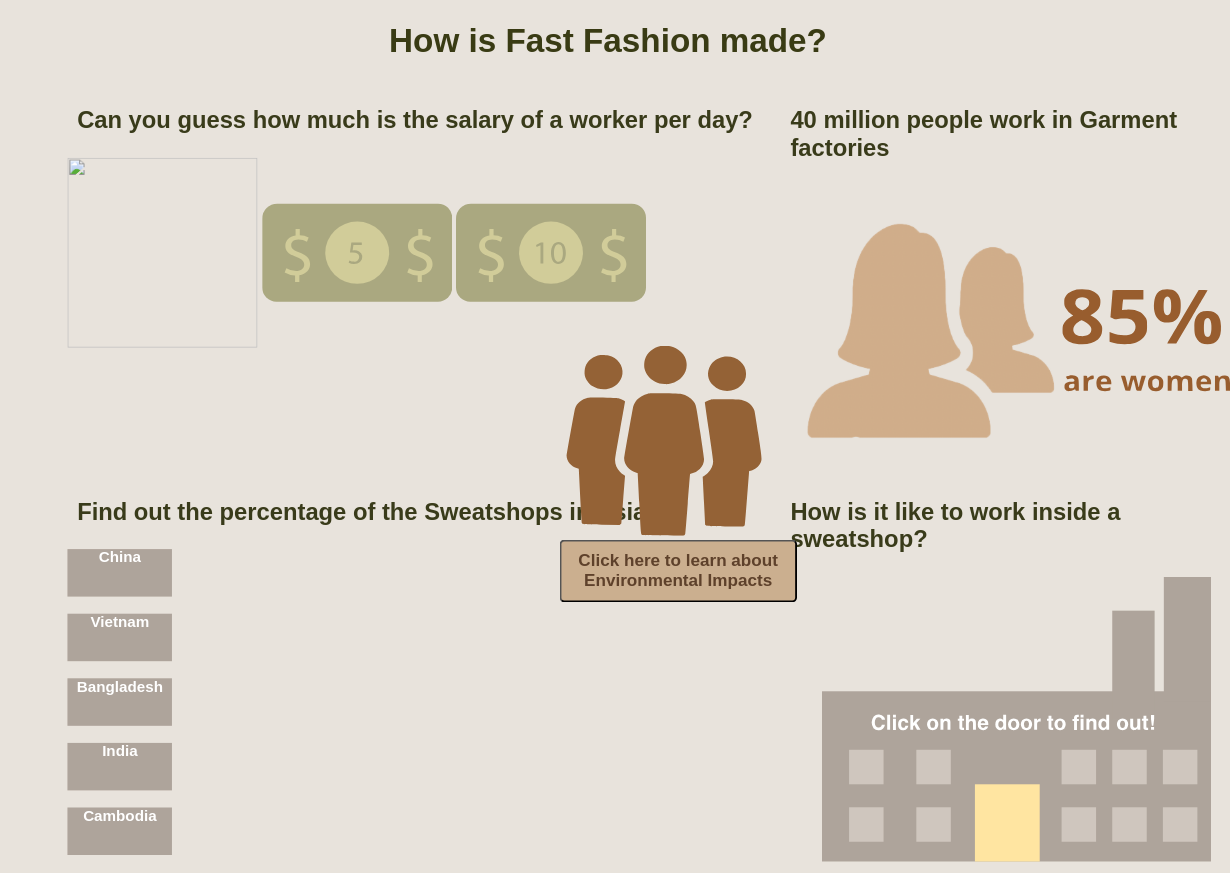
Repository: DevOfHockey/mdia-2190-midterm
Page: fashionlabor.html
The author's editor kept a copy of each file at every save. The page is drawn from the files as they stood at one save, then again after the next save.
The browser window is 1280 px wide. The page is 1295 px wide, so the pictures cover 1295 px, including what lies to the right of the window. The pictures show the whole page, at 95% of full size.

Above is the page before, as saved 2022-03-08 16:05:21.

After the next save:
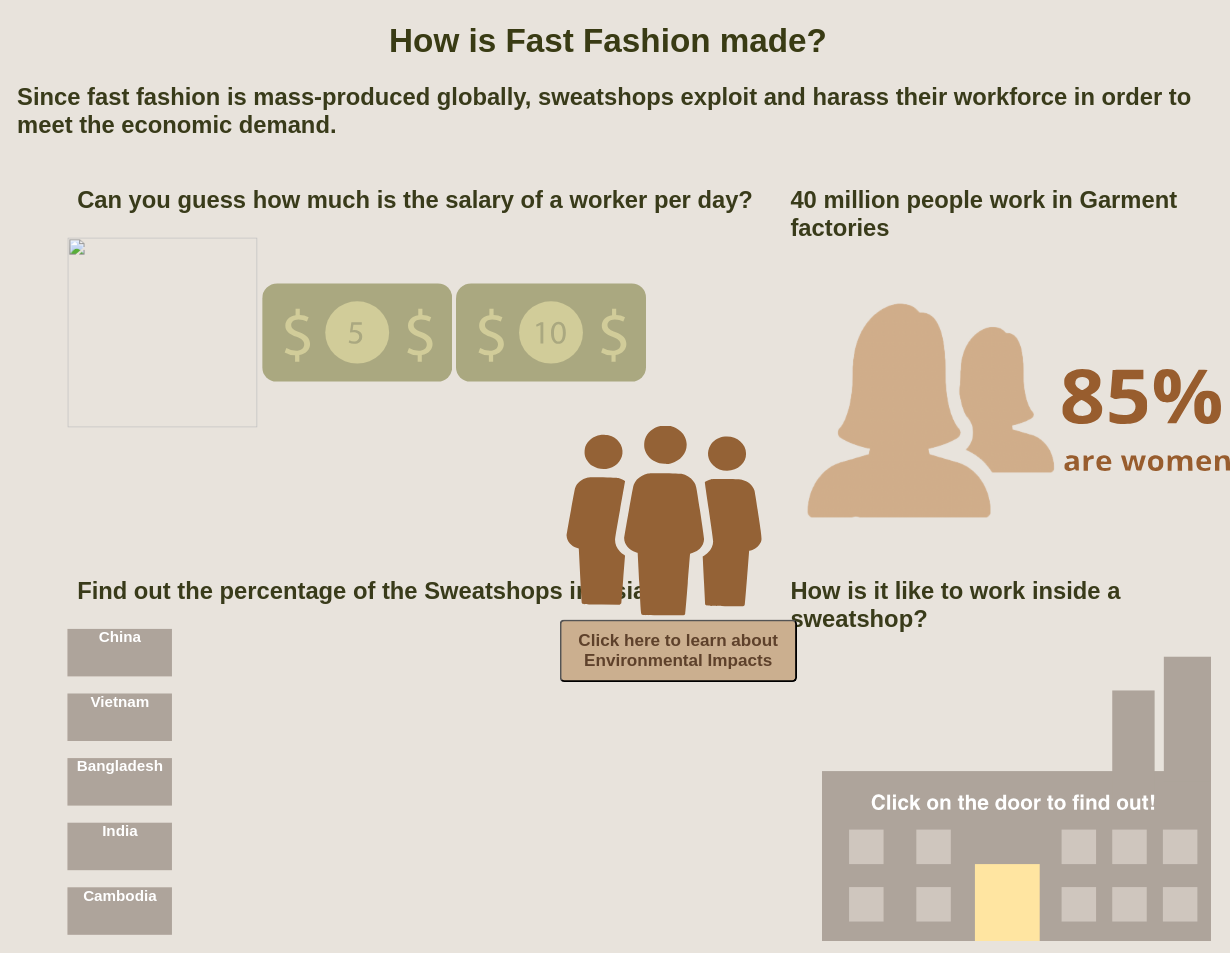
Saved 28 s later.
--- a/fashionlabor.html
+++ b/fashionlabor.html
@@ -3,7 +3,6 @@
   <head>
     <title>Fashion Labor</title>
     <script src="comps/header.js"></script>
-    <script src="comps/subheading.js"></script>
     <script src="comps/infobox.js"></script>
     <script src="comps/salarybox.js"></script>
     <script src="comps/sweatshopbox.js"></script>
@@ -18,9 +17,7 @@
       <the-header
         name="Sample Header">
       </the-header>
-      <the-subheading
-        name="Sample Sub-heading">
-      </the-subheading>
+      <p class="subheading">Since fast fashion is mass-produced globally, sweatshops exploit and harass their workforce in order to meet the economic demand.</p>
     </div>
 
 <!-- Images with Info-->
